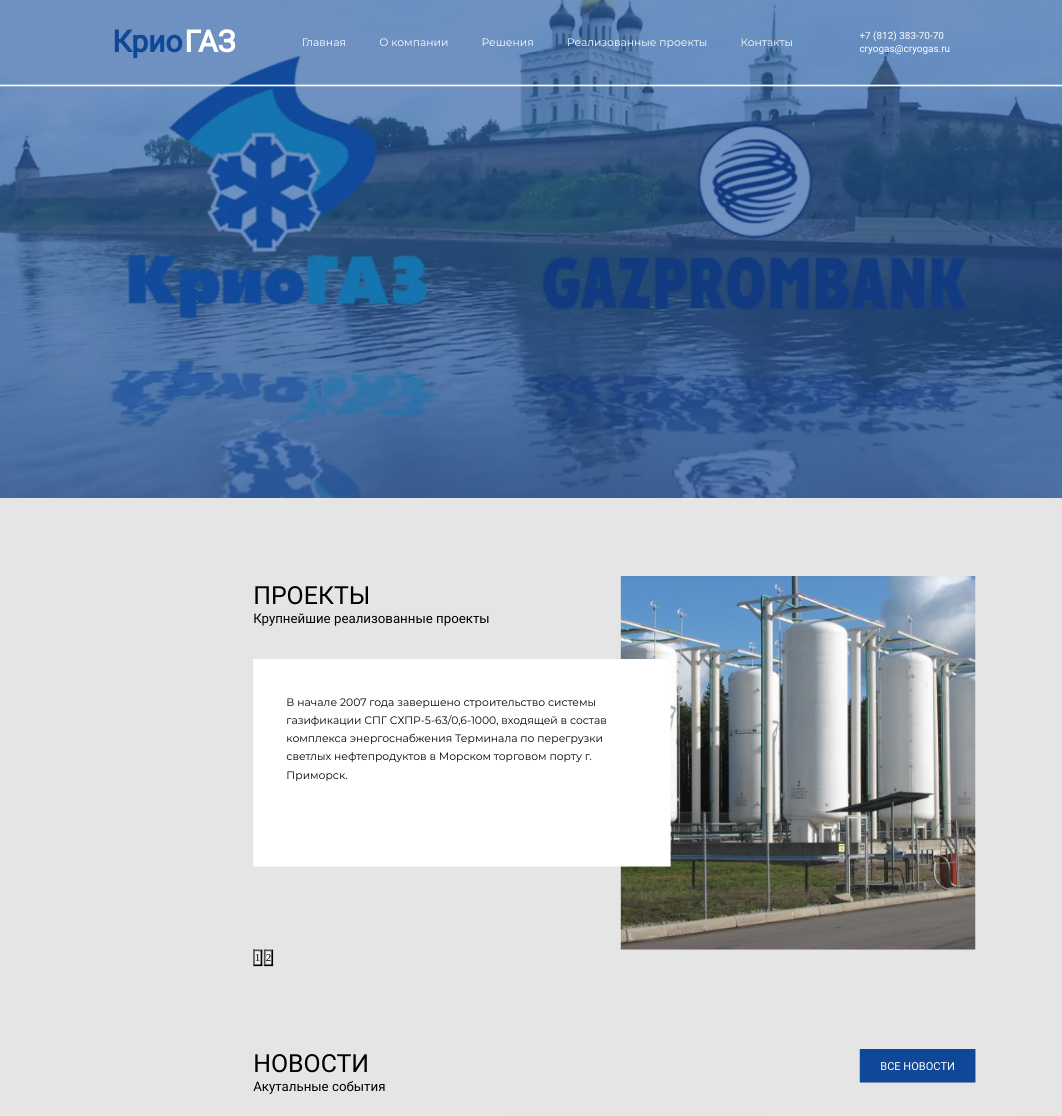
Repository: aSSasdy/assasdy.github.io
Page: index.html
The author's editor kept a copy of each file at every save. The page is drawn from the files as they stood at one save, then again after the next save.
The browser window is 1280 px wide. The pictures show the whole page, at 83% of full size.
Backgrounds fixed to the window are drawn as part of the page. The style sheet was rebuilt from its Sass, Less or Tailwind sources for each picture, by a compiler version that may differ from the author's.

Above is the page before, as saved 2021-12-13 17:46:40.

### index.html
<!DOCTYPE html>
<html lang="en">
<head>
    <meta charset="UTF-8">
    <meta http-equiv="X-UA-Compatible" content="IE=edge">
    <meta name="viewport" content="width=device-width, initial-scale=1.0">
    <title>Document</title>
    <link rel="stylesheet" href="scss/style.css">
    <link rel="stylesheet" href="css/reset.css">
</head>
<body>
    <!-- HEADER -->
    <header>
        <div class="container">
            <div class="header-logo">
                <a class="logo-1" href="/">Крио</a>
                <a class="logo-2" href="/">ГАЗ</a>
            </div>
            <div class="header-menu">
                <ul>
                    <li><a href="/">Главная</a></li>
                    <li><a href="/">О компании</a></li>
                    <li><a href="/">Решения</a></li>
                    <li><a href="/">Реализованные проекты</a></li>
                    <li><a href="/">Контакты</a></li>
                </ul>
            </div>
            <div class="header-contacts">
                <a href="tel:+78123837070">+7 (812) 383-70-70</a>
                <p id="header-p"><a href="mailto:cryogas@cryogas.ru">cryogas@cryogas.ru</a></p>
            </div>
        </div>
        <div class="underline"></div>
    </header>
    <!-- MAIN -->
    <main>
        <div class="container-1">
            <p class="title-1">ПРОЕКТЫ</p>
            <p class="undertitle-1">Крупнейшие реализованные проекты</p>
            <div class="main__flexbox-1">
                <div class="flexbox-1__block-1">
                    В начале 2007 года завершено строительство системы газификации СПГ СХПР-5-63/0,6-1000, входящей в состав комплекса энергоснабжения
                    Терминала по перегрузки светлых нефтепродуктов в Морском торговом порту г. Приморск.
                </div>
                <div class="offer__slider-wrapper">
                    <div class="offer__slide">
                        <img src="/img/Rectangle 5.2.jpg" alt="1">
                    </div>
                    <!-- <div class="offer__slide">
                        <img src="/img/Rectangle 5.2.jpg" alt="2">
                    </div>
                    <div class="offer__slide">
                        <img src="/img/Rectangle 5.2.jpg" alt="3">
                    </div>
                    <div class="offer__slide">
                        <img src="/img/Rectangle 5.2.jpg" alt="4">
                    </div> -->
                </div>
            </div>
        <button class="button__btn-prev">1</button>
        <button class="button__btn-next">2</button>
        <div class="main__flexbox-2">
            <div>
                <p class="title-1">НОВОСТИ</p>
                <p class="undertitle-1">Акутальные события</p>
            </div>
            <button class="main__button-news">ВСЕ НОВОСТИ</button>
        </div>
        <div class="main__flexbox-3"></div>


        <script src="js/main.js"></script>
    </main>
</body>
</html>

### css/reset.css
*, :before, :after{
	margin:0;
	padding:0;
	-webkit-box-sizing: border-box;
	-moz-box-sizing: border-box;
	box-sizing: border-box;
}
ol, ul {list-style: none;}
:focus {	outline: 0;}
::-webkit-input-placeholder{text-indent: 0px;   transition: text-indent 0.3s ease;font-family: inherit; color: #737B7D}
::-moz-placeholder{opacity: 1; transition: opacity 0.3s ease;font-family: inherit; color: #737B7D}
:-moz-placeholder{opacity: 1; transition: opacity 0.3s ease;font-family: inherit; color: #737B7D}
:-ms-input-placeholder{ text-indent: 0px;   transition: text-indent 0.3s ease;font-family: inherit; color: #737B7D}
:focus::-webkit-input-placeholder{ text-indent: -500px; transition: text-indent 0.3s ease;}
:focus::-moz-placeholder{opacity: 0; transition: opacity 0.3s ease;}
:focus:-moz-placeholder{opacity: 0; transition: opacity 0.3s ease;}
:focus:-ms-input-placeholder{ text-indent: -500px;   transition: text-indent 0.3s ease;}
table {
	border-collapse: collapse;
	border-spacing: 0;
}
label, input:not([type="checkbox"]),
input:not([type="radio"]) , button{
	-webkit-appearance:none;
	font-family: inherit;
}
label, input[type="submit"], button{cursor:pointer;}
img{border: none;}
html, body{
    height: 100%;
}
html{font-size: 62.5%;}
button:focus{outline: none!important}
input::-webkit-outer-spin-button,
input::-webkit-inner-spin-button {
    -webkit-appearance: none;
    margin: 0;
}
input:hover::-webkit-outer-spin-button,
input:hover::-webkit-inner-spin-button {
    display: none;
    -webkit-appearance: none;
    margin: 0;
}

### scss/style.scss
@font-face {
    font-family: Monsterrat;
    src: url(/fonts/Montserrat-Regular.ttf);
}
@font-face {
    font-family: Roboto;
    src: url(/fonts/Roboto-Regular.ttf);
}
header {
    display: flex;
    flex-flow: row wrap;
    justify-content: flex-start;
    height: 600px;
    background: url("/img/Rectangle.jpg") no-repeat center fixed;
    background-size: cover;
    color: white;
}

.container {
    display: flex;
    max-width: 1100px;
    margin: 0 auto;
    align-items: center;
    padding: 0 15px;
}

.header-menu ul {
    display: flex;
    flex-flow: row wrap;
    margin: 40px;
    padding: 0;
}
.header-menu li {
    margin-right: 20px;
}
.header-menu li:last-child {
    margin-right: 0;
}
.header-menu a {
    padding: 8px 10px;
}
.header-logo {
    margin: 30px;
}
.header-contacts {
    margin: 30px;
    font-size: 1.4rem;
}

a {
    text-decoration: none;
}

.header-logo a {
    font-size: 36px;
    font-weight: 900;
}

.logo-1 {
    color: #0F4898;
    font-family: Roboto;
}

.logo-2 {
    color:white;
    font-family: Roboto;
}

.header-menu li a {
    color: white;
    font-size: 13px;
    line-height: 16px;
    font-family: Monsterrat;
}

.header-contacts a {
    color: white;
    font-size: 12px;
    line-height: 14px;
    font-family: Roboto;
}

.underline {
    height: 0px;
    width: 100%;
    border: 1px solid white;
    margin-bottom: 90%;
}

.title-1 {
    padding-top: 100px;
    margin-left: 200px;
    font-size: 30px;
    line-height: 35px;
    font-family: Roboto;
}

.undertitle-1 {
    font-weight: 300;
    font-size: 16px;
    line-height: 19px;
    margin-left: 200px;
    font-family: Roboto;
}

.main__flexbox-1 {
    display: flex;
}

.flexbox-1__block-1 {
    margin: 40px 40px 100px 200px ;
    padding: 40px;
    background-color: white;
    font-size: 13px;
    line-height: 22px;
    z-index: 1;
    font-family: Monsterrat;
}

.offer__slider-wrapper {
    width: 427px;
    height: 450px;
    margin-top: -60px;
    margin-left: -100px;
    z-index: 0;
}

.main__flexbox-2 {
    display: flex;
    flex-flow: row nowrap;
    justify-content: space-between;
    flex-shrink: 0;
}

.main__button-news {
    color: white;
    width: 139px;
    height: 40px;
    border: 1px solid #0F4898;
    background: #0F4898;
    margin: 100px 0 40px 0;
    font-family: Roboto;
}

.container-1 {
    max-width: 1100px;
    margin: 0 auto;
    align-items: center;
    padding: 0 15px;
}

main{
    background-color: #E5E5E5;
}

.button {
    min-height: 40px;
    min-width: 40px;
}

.button__btn-prev {
    margin-left: 200px;
}

Loaded but not shown: js/main.js (no stored copy; drawn as an empty file)

After the next save:
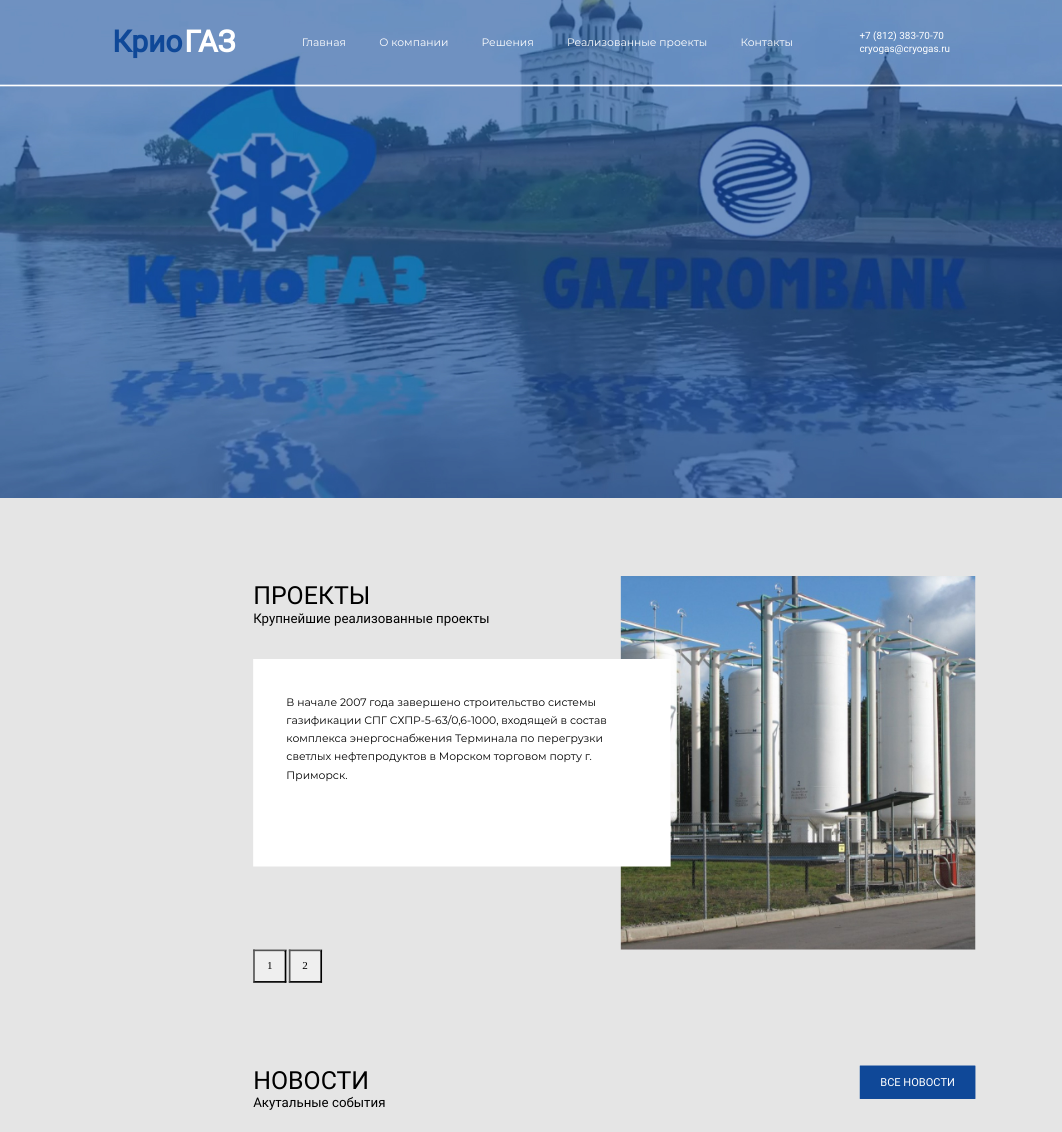
Saved 18 s later.
--- a/scss/style.scss
+++ b/scss/style.scss
@@ -153,7 +153,12 @@
     background-color: #E5E5E5;
 }
 
-.button {
+.button__btn-prev {
+    min-height: 40px;
+    min-width: 40px;
+}
+
+.button__btn-next {
     min-height: 40px;
     min-width: 40px;
 }
